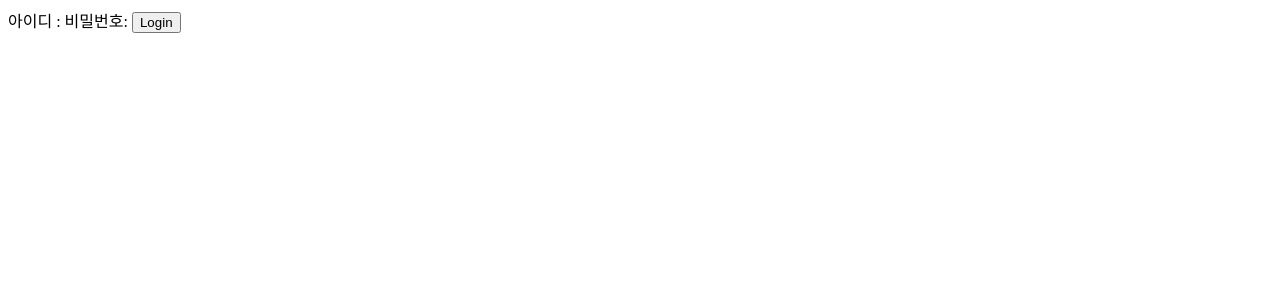
Repository: alsals126/servlet_study_2021
Page: http://localhost/ServletPrj/login_form.jsp
The author's editor kept a copy of each file at every save. The page is drawn from the files as they stood at one save, then again after the next save.
The browser window is 1280 px wide. The pictures show the whole page.
The page is served by Tomcat 9. Other server files are loaded and not shown.

Above is the page before, as saved 2021-05-11 00:34:32.

### ServletPrj/WebContent/login_form.jsp
<%@ page language="java" contentType="text/html; charset=EUC-KR"
    pageEncoding="EUC-KR"%>
<!DOCTYPE html>
<html>
<head>
<meta charset="EUC-KR">
<title>Insert title here</title>
</head>
<body>
	<form method="post" action="/login">
		아이디 :
		비밀번호:
		<button type="submit">Login</button>
	</form>
</body>
</html>

After the next save:
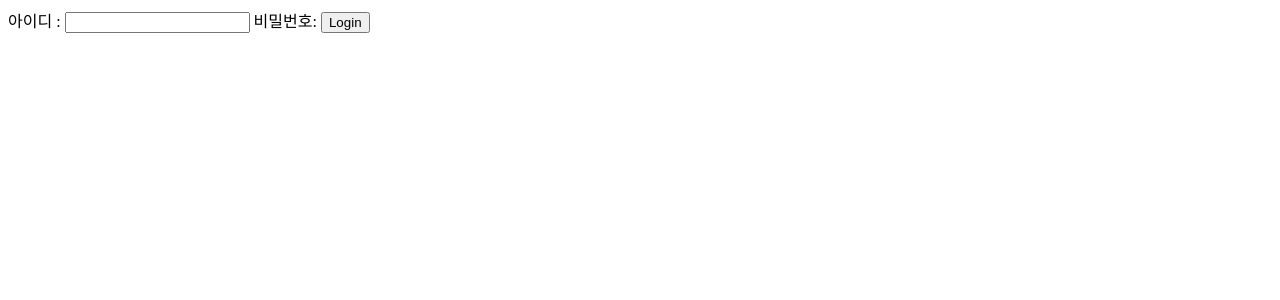
Saved 29 s later.
--- a/ServletPrj/WebContent/login_form.jsp
+++ b/ServletPrj/WebContent/login_form.jsp
@@ -8,7 +8,7 @@
 </head>
 <body>
 	<form method="post" action="/login">
-		아이디 :
+		아이디 : <input type="text"/>
 		비밀번호:
 		<button type="submit">Login</button>
 	</form>
